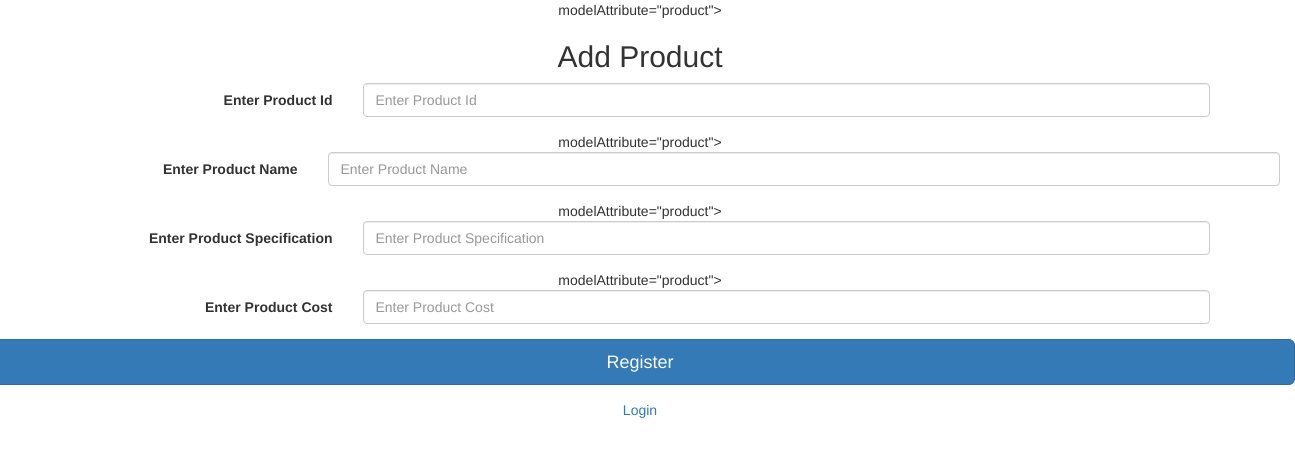
Repository: sagarbagdure01/ElectronicsWorld
Page: http://localhost/electronicsworld/WEB-INF/views/AddProduct.jsp
These files come from the project's save history. The page is drawn as it stood at one moment and after the next save; the edit follows.
The browser window is 1280 px wide. The page is 1295 px wide, so the pictures cover 1295 px, including what lies to the right of the window. The pictures show the whole page.
Some web libraries are served in a nearby version. The page is served by Tomcat 9. Nobody is signed in. The template is opened directly, without the code that normally fills it, so the values that code supplies are empty.

Above is the page before, as saved 2017-05-30 06:57:20.

After the next save:
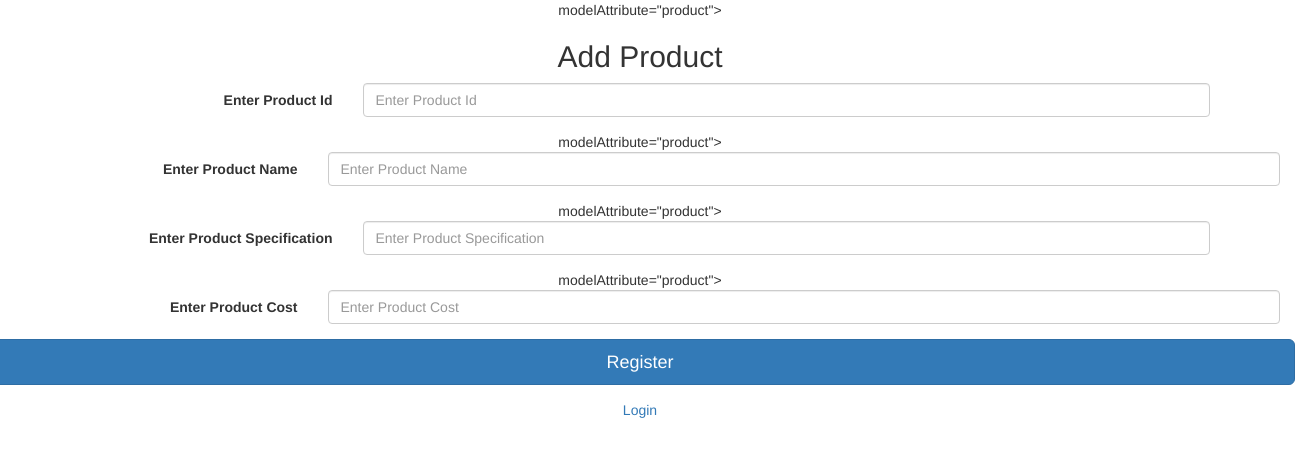
Saved 43 s later.
--- a/electronicsworld/src/main/webapp/WEB-INF/views/AddProduct.jsp
+++ b/electronicsworld/src/main/webapp/WEB-INF/views/AddProduct.jsp
@@ -62,7 +62,7 @@
 				</div>
 
 		</div>
-		<div class="container">
+
 
 				modelAttribute="product">
 
